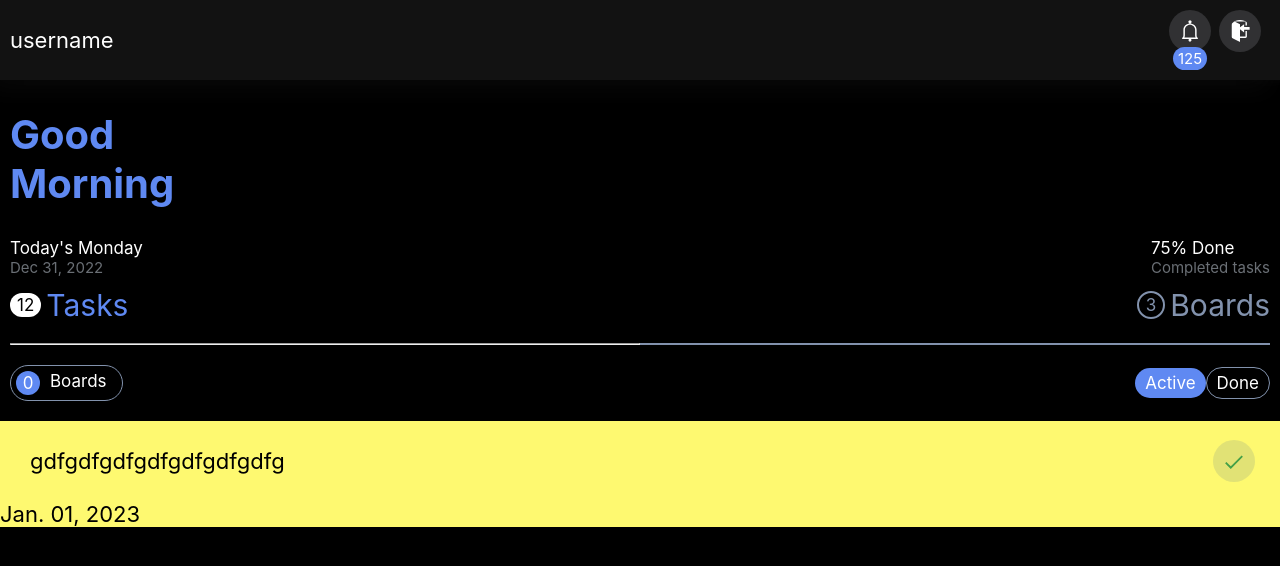
Repository: ShindanoSingi/todo-app
Page: /
These files come from the project's save history. The page is drawn as it stood at one moment and after the next save; the edit follows.
The browser window is 1280 px wide. The pictures show the whole page.
The project was rebuilt for these pictures with package versions that can differ from the ones it lists, and the page was loaded fresh each time. Also part of the build but not shown: src/pages/LandingPage.js.

Above is the page before, as saved 2023-01-01 19:45:29.

After the next save:
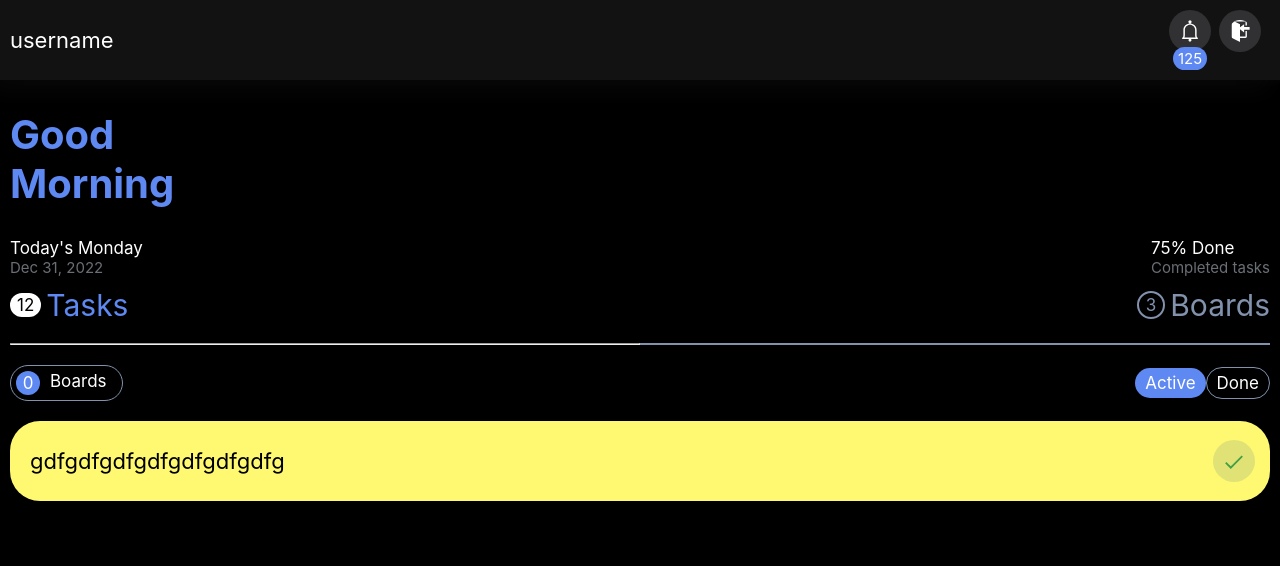
Saved 37 s later.
--- a/src/pages/Todos.js
+++ b/src/pages/Todos.js
@@ -65,8 +65,8 @@
                         </div>
                     </div>
                     <div className='todos-container'>
-                        <div style={{ backgroundColor: color }}>
-                            <div className='todo-card'>
+                        <div >
+                            <div className='todo-card' style={{ backgroundColor: color }}>
                                 <p className='task-title'>gdfgdfgdfgdfgdfgdfgdfg</p>
                                 < FcCheckmark className='check-circle-icon' />
                             </div>

After the save that followed:
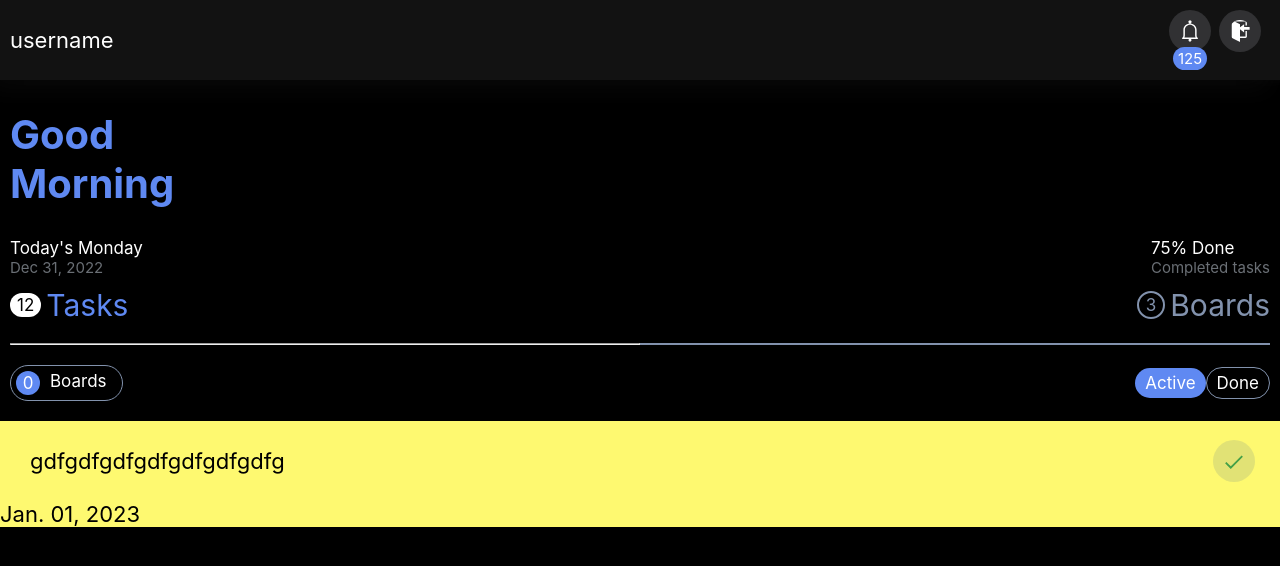
Saved 9 s later.
--- a/src/pages/Todos.js
+++ b/src/pages/Todos.js
@@ -65,8 +65,8 @@
                         </div>
                     </div>
                     <div className='todos-container'>
-                        <div >
-                            <div className='todo-card' style={{ backgroundColor: color }}>
+                        <div style={{ backgroundColor: color }}>
+                            <div className='todo-card'>
                                 <p className='task-title'>gdfgdfgdfgdfgdfgdfgdfg</p>
                                 < FcCheckmark className='check-circle-icon' />
                             </div>
